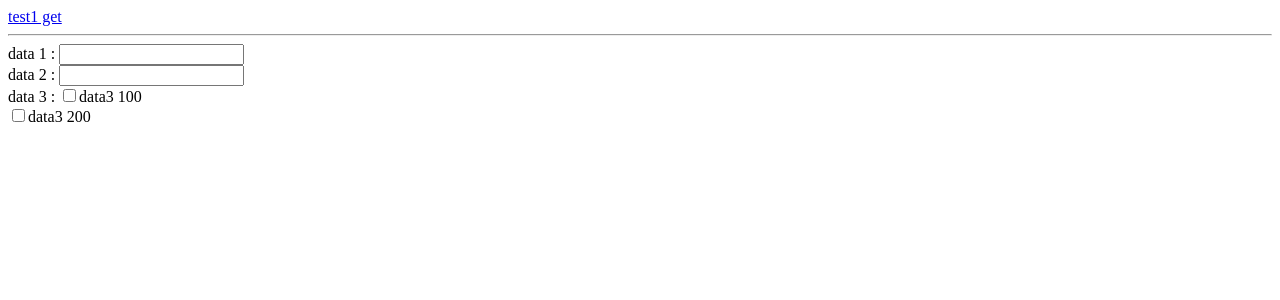
Repository: k5275645/SpringMVCPractice
Page: http://localhost/GetParameter/WEB-INF/views/index.jsp
The author's editor kept a copy of each file at every save. The page is drawn from the files as they stood at one save, then again after the next save.
The browser window is 1280 px wide. The pictures show the whole page.
The page is served by Tomcat 9. Nobody is signed in. Other server files are loaded and not shown. The template is opened directly, without the code that normally fills it, so the values that code supplies are empty.

Above is the page before, as saved 2021-11-24 02:06:21.

### GetParameter/src/main/webapp/WEB-INF/views/index.jsp
<%@ page language="java" contentType="text/html; charset=UTF-8"
    pageEncoding="UTF-8"%>
<!DOCTYPE html>
<html>
<head>
<meta charset="UTF-8">
<title>Insert title here</title>
</head>
<body>
	<a href="test1?data1=100&data2=200&data3=300&data3=400">test1 get</a><br/>
	<hr/>
	<form action="test2" method="post">
		data 1 : <input type="text" name="data1"/><br/>
		data 2 : <input type="text" name="data2"/><br/>
		data 3 : <input type="checkbox" name="data3" value="100"/>data3 100<br/>
				 <input type="checkbox" name="data3" value="200"/>data3 200<br/>
	</form>
</body>
</html>

After the next save:
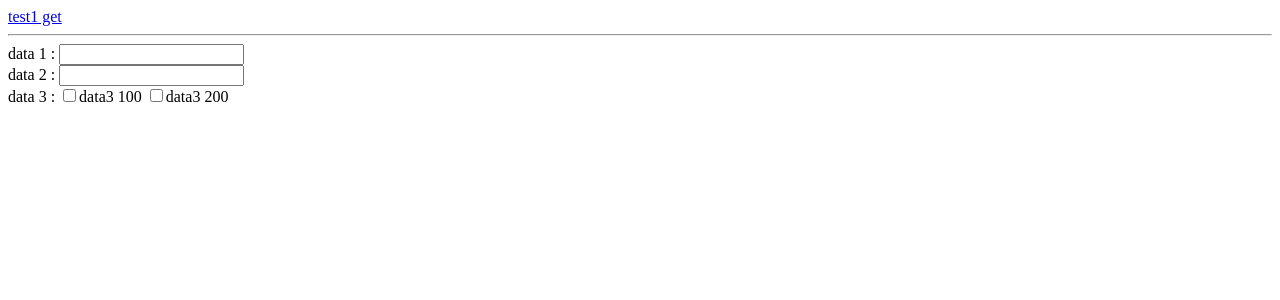
Saved 8 s later.
--- a/GetParameter/src/main/webapp/WEB-INF/views/index.jsp
+++ b/GetParameter/src/main/webapp/WEB-INF/views/index.jsp
@@ -12,7 +12,7 @@
 	<form action="test2" method="post">
 		data 1 : <input type="text" name="data1"/><br/>
 		data 2 : <input type="text" name="data2"/><br/>
-		data 3 : <input type="checkbox" name="data3" value="100"/>data3 100<br/>
+		data 3 : <input type="checkbox" name="data3" value="100"/>data3 100
 				 <input type="checkbox" name="data3" value="200"/>data3 200<br/>
 	</form>
 </body>
